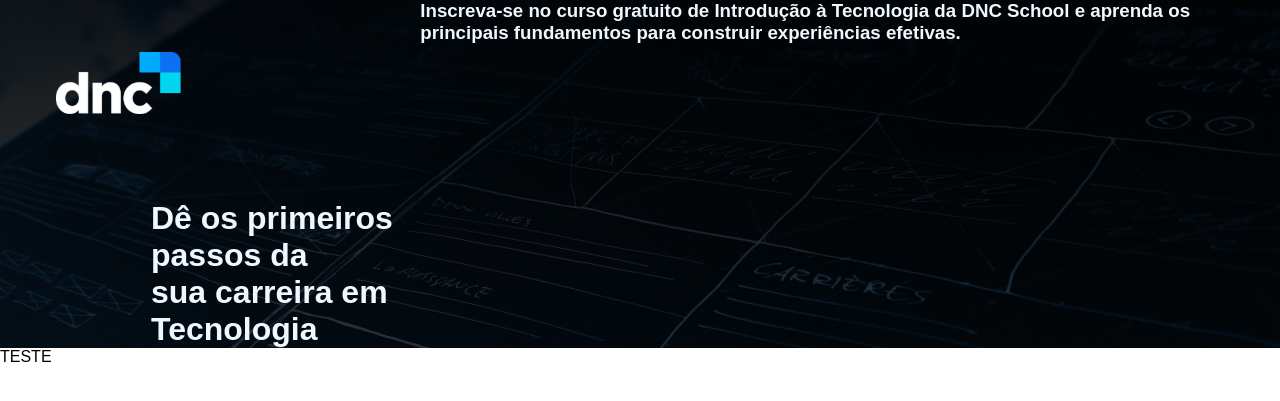
Repository: kleber-goncalves/Landing-Page-dnc
Page: src/index.html
These files come from the project's save history. The page is drawn as it stood at one moment and after a run of saves; the edit follows.
The browser window is 1280 px wide. The pictures show the whole page.

Above is the page before, as saved 2024-12-09 19:43:36.

After the next 2 saves:
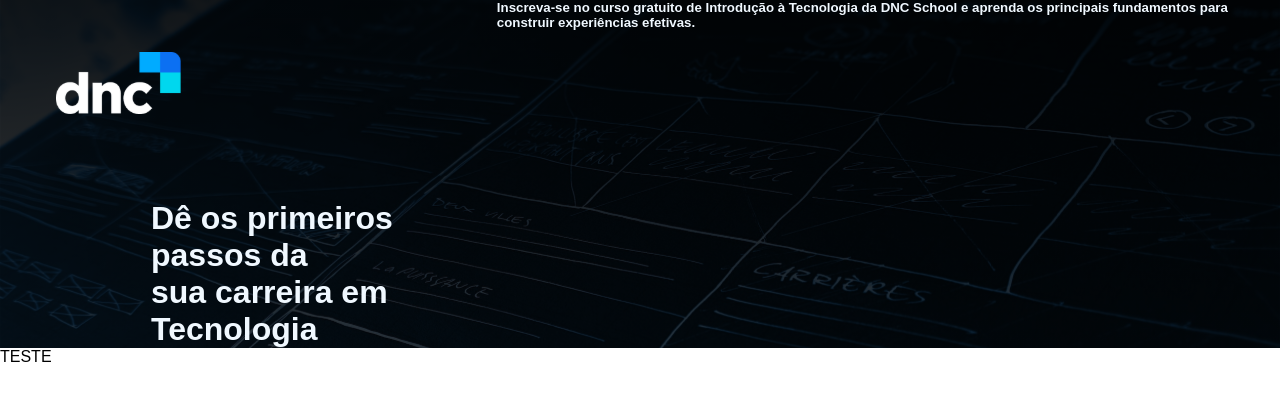
The 2 saves are shown as one change because they came seconds apart.
The last was saved 58 s later.
--- a/src/index.html
+++ b/src/index.html
@@ -11,7 +11,7 @@
         <img id="logo-dnc" src="../img/logo.svg" alt="logo-dnc">
         <h1 id="titulo" >Dê os primeiros passos da <br>
             sua carreira em Tecnologia</h1>
-        <h3>Inscreva-se no curso gratuito de Introdução à Tecnologia da DNC School e aprenda os principais fundamentos para construir experiências efetivas.</h3>
+        <h5>Inscreva-se no curso gratuito de Introdução à Tecnologia da DNC School e aprenda os principais fundamentos para construir experiências efetivas.</h5>
     </div>
     <div>TESTE</div>
   </body>
